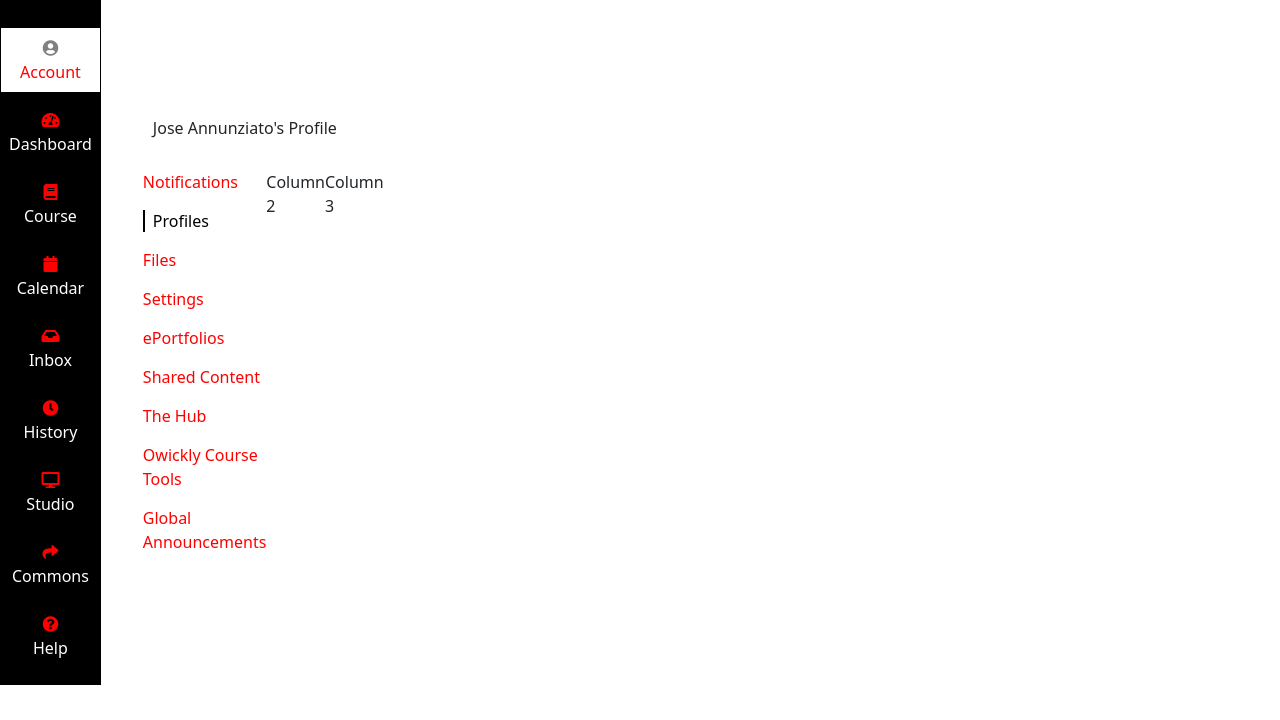
Repository: yuqiant/kanbas-react-web-app
Page: public/kanbas/profile/index.html
The author's editor kept a copy of each file at every save. The page is drawn from the files as they stood at one save, then again after the next save.
The browser window is 1280 px wide. The pictures show the whole page.

Above is the page before, as saved 2023-10-04 14:29:06.

### public/kanbas/profile/index.html
<!DOCTYPE html>
<html lang="en">

<head>
    <meta charset="UTF-8">
    <meta name="viewport" content="width=device-width, initial-scale=1.0">
    <title>Column Interaction</title>
    <link rel="stylesheet" href="../../vendors/fontawesome/css/all.min.css">
    <link rel="stylesheet" href="../../vendors/bootstrap/css/bootstrap.min.css" />
    <link href="../firstcol.css" rel="stylesheet" />
    <link href="../secondcol.css" rel="stylesheet" />
    <link href="index.css" rel="stylesheet" />


</head>

<body>
    <table>
        <tr>
            <td id="firstColumn">
                <ul>
                    <li class="active"><i class="fa fa-user-circle fa-inverse" style="color: grey;"></i><a
                            href="accountcol.html" style="color: red;">Account</a>
                    </li>
                    <li><i class="fas fa-tachometer-alt" style="color: red;"></i><a href="#">Dashboard</a></li>
                    <li><i class="fas fa-book" style="color: red;"></i><a href="coursecol.html">Course</a></li>
                    <li><i class="fas fa-calendar" style="color: red;""></i><a href=" #">Calendar</a></li>
                    <li><i class="fas fa-inbox" style="color: red;"></i><a href="#">Inbox</a></li>
                    <li><i class="fas fa-clock" style="color: red;"></i><a href="#">History</a></li>
                    <li><i class="fas fa-desktop" style="color: red;"></i><a href="#">Studio</a></li>
                    <li><i class="fas fa-share" style="color: red;"></i><a href="#">Commons</a></li>
                    <li><i class="fas fa-question-circle" style="color: red;"></i><a href="#">Help</a></li>
                </ul>
            </td>
            <td id="secondColumn">
                <div class="container">
                    <div class="box">Jose Annunziato's Profile</div>
                    <div class="columns">
                        <div class="column1">
                            <ul>
                                <li><a href="#">Notifications</a></li>
                                <li class="active"><a href="profile/index.html">Profiles</a></li>
                                <li><a href="#">Files</a></li>
                                <li><a href="#">Settings</a></li>
                                <li><a href="#">ePortfolios</a></li>
                                <li><a href="#">Shared Content</a></li>
                                <li><a href="#">The Hub</a></li>
                                <li><a href="#">Owickly Course Tools</a></li>
                                <li><a href="#">Global Announcements</a></li>

                            </ul>
                        </div>
                        <div class="column">Column 2</div>
                        <div class="column">Column 3</div>
                    </div>
                </div>


            </td>

            <!-- <td id="thirdColumn">
                <div class="wd-grid-row">
                    <div class="wd-grid-col-half-page wd-bg-color-yellow">
                    <h3>Jose Annunziato's Profile</h3>
                     </div>

                </div>



                <div>Jose Annunziato's Profile</div>
                <ul><i class="fa fa-user fa-8x" aria-hidden="true" style="color: grey;"></i></ul>


                <h2>Jose Annunziato</h2>


                <h3>Contact</h3>
                <div>No registered services, you can add some on the <a href="#">settings</a> page.</div>

                <h3>Biography</h3>
                <div>Faculty, Software Engineer, AI, Spacw, and renewables enthusiast.</div>

                <h3>Links</h3>
                <div><a href="#">YouTube</a></div>

            </td>

            <td id="fourthColumn">
                <form action="edit.html" method="get">
                    <button type="edit">Edit Profile</button>
                </form>

            </td> -->

        </tr>
    </table>

</body>

</html>

### public/kanbas/firstcol.css
.active {
    background-color: white;
    color: red;
}





#firstColumn {
    width: 80px;
    /* Adjust sidebar width as needed (between 75 and 85 pixels) */
    background-color: black;
    color: white;
    text-align: center;
    padding-top: 20px;
    /* Adjust top padding as needed */
}

/* Sidebar links styling */
#firstColumn ul {
    list-style-type: none;
    padding: 0;
}

#firstColumn li {
    margin: 8px 0;
    /* Adjust margin between links as needed (between 5 and 10 pixels) */
    padding: 8px;
    /* Adjust padding around links as needed (between 5 and 10 pixels) */
}



#firstColumn a {
    color: white;
    text-decoration: none;
    display: block;
}

/* Styling for active link */

### public/kanbas/secondcol.css
#secondColumn {
    width: 200px;
    /* background-color: #f5f5f5; */
    /* Background color for the sidebar */
    padding: 10px;
    border-left: 25px
}




#secondColumn a {
    color: red;
    text-decoration: none;

}


ul {
    list-style: none;
    padding: 0;
}

#secondColumn li {
    margin-bottom: 15px;
    padding-left: 20px;
}

#secondColumn li.active a {
    color: black;
    padding-left: 8px;

    /* padding-right: 10px; */

    border-left: 2px solid black;
}

### public/kanbas/profile/index.css
.wd-grid-row {
    clear: both;
}

.container {
    display: flex;
    flex-direction: column;
    margin-top: 0;
    /* Adjust this value as needed */
    padding-top: 0;
    /* Stack items vertically */
    /* height: 100vh; */
    /* Make container take up the full viewport height */
}

.box {
    padding: 20px;
    margin: 10px;
    margin-top: 0;
    /* Adjust this value as needed */
    padding-top: 0;
}

.columns {
    display: flex;
    /* Use flexbox for columns */
    justify-content: space-between;
    /* Distribute columns evenly horizontally */
    flex-grow: 1;
    /* Allow columns to grow and take remaining space */
}

.column1 {
    /* flex-basis: calc(33.33% - 20px); */
    /* Divide the available space into three equal columns, minus margin */
    /* padding: 20px; */
    /* margin: 10px; */
}

### public/kanbas/account/account.css
.flex-container {
    display: flex;
    height: 100%;
}

/* 左边列 */
.left-column {
    /* flex: 1; */
    /* 占据可用空间的一部分 */
    /* padding: 20px; */
    width: 0 0 80px;
    /* Adjust sidebar width as needed (between 75 and 85 pixels) */
    background-color: black;
    color: white;
    text-align: center;
    padding-top: 20px;
}

.left-column ul {
    list-style-type: none;
    padding: 0;
}

.left-column li {
    margin: 8px 0;
    /* Adjust margin between links as needed (between 5 and 10 pixels) */
    padding: 8px;
    /* Adjust padding around links as needed (between 5 and 10 pixels) */
}

.left-column li.active {
    color: red;
    background-color: white;


}



.left-column a {
    color: white;
    text-decoration: none;
    display: block;
}

.right-column {

    flex: 2;
    /* 占据可用空间的两部分 */
    display: flex;
    flex-direction: column;
    /* 垂直方向排列 */
}

/* 右上部分 */
.right-top {
    padding: 20px;
}

/* 右下部分分为三竖着的部分 */
.right-bottom {
    display: flex;
    flex-direction: row;
    /* 垂直方向排列 */
    flex: 1;
    /* 均分可用空间 */
}

/* 每个竖着的部分 */
.right-bottom-item {
    flex: 1;
    /* 均分可用空间 */
    padding: 10px;
}

.right-bottom-item1 {
    width: 200px;

    /* padding: 10px; */
    border-left: 25px
}

.right-bottom-item1 a {
    color: red;
    text-decoration: none;

}


.right-bottom-item1 ul {
    list-style: none;
    padding: 0;
}

.right-bottom-item1 li {
    margin-bottom: 15px;
    padding-left: 20px;
}

.right-bottom-item1 li.active a {
    color: black;
    padding-left: 8px;

    /* padding-right: 10px; */

    border-left: 2px solid black;
}

Loaded but not shown: public/vendors/fontawesome/css/all.min.css (library); public/vendors/bootstrap/css/bootstrap.min.css (library)

After the next save:
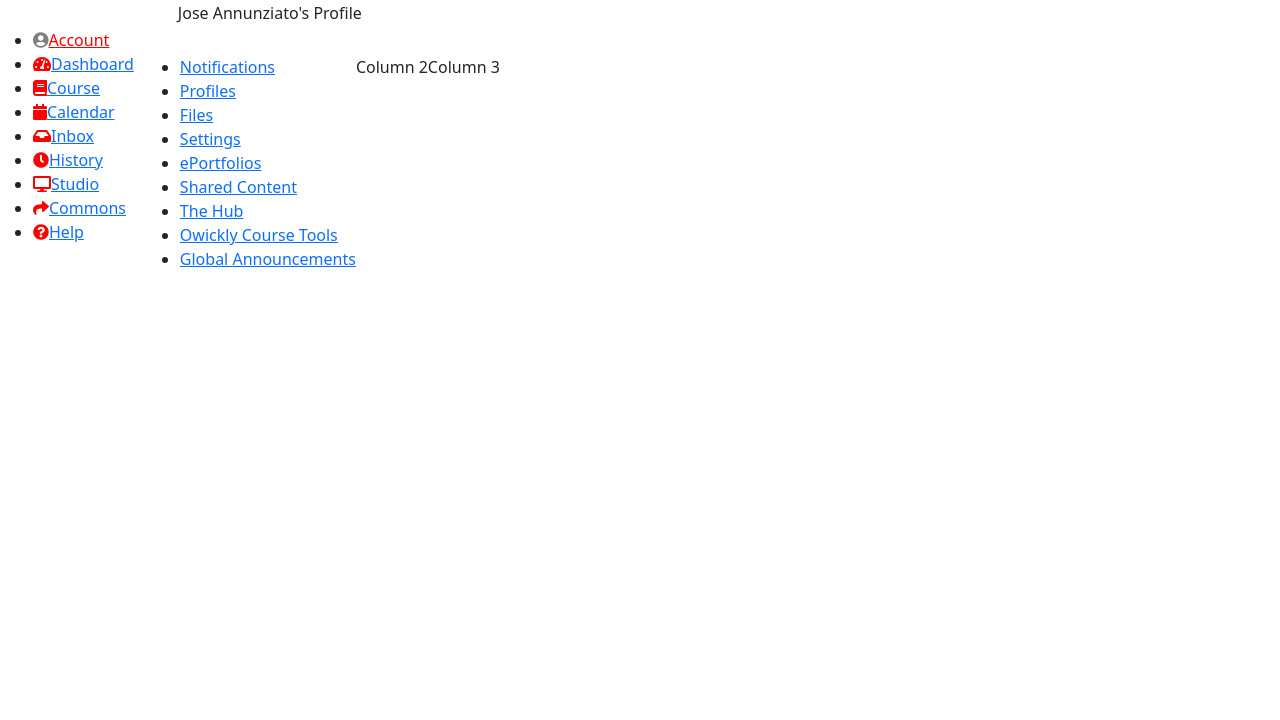
Saved 3 min 23 s later.
--- a/public/kanbas/profile/index.html
+++ b/public/kanbas/profile/index.html
@@ -7,8 +7,7 @@
     <title>Column Interaction</title>
     <link rel="stylesheet" href="../../vendors/fontawesome/css/all.min.css">
     <link rel="stylesheet" href="../../vendors/bootstrap/css/bootstrap.min.css" />
-    <link href="../firstcol.css" rel="stylesheet" />
-    <link href="../secondcol.css" rel="stylesheet" />
+    <link href="../account/account.css" rel="stylesheet" />
     <link href="index.css" rel="stylesheet" />
 
 
